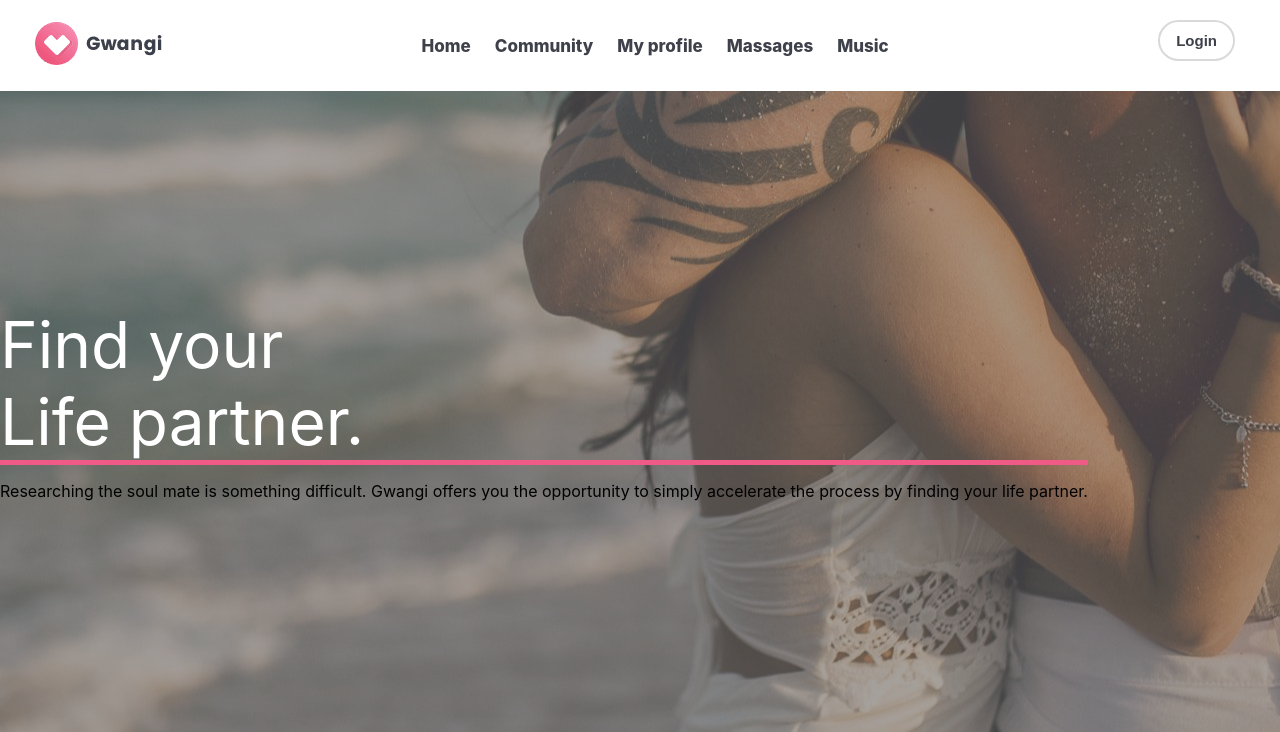
Repository: ShokunLiubov/Soc-Network-React
Page: /login
These files come from the project's save history. The page is drawn as it stood at one moment and after the next save; the edit follows.
The browser window is 1280 px wide. The pictures show the whole page.
The project was rebuilt for these pictures with package versions that can differ from the ones it lists, and the page was loaded fresh each time. Also part of the build but not shown: src/components/common/Paginator/Paginator.module.css, src/components/common/Paginator/Paginator.jsx, src/components/Community/Community.module.css, src/components/Community/Friend/Friend.jsx, src/components/Community/Community.jsx, src/components/common/Preloader/Preloader.jsx, src/components/Community/CommunityContainer.jsx, src/components/Dialogs/Dialogs.module.css and 14 more.

Above is the page before, as saved 2022-08-24 17:37:32.

### src/index.js
import reportWebVitals from './reportWebVitals';
import store from './redux/redux-store';
import React from 'react';
import ReactDOM from 'react-dom/client';
import './index.css';
import App from './App';
import { BrowserRouter } from 'react-router-dom';
import { Provider } from 'react-redux'

const root = ReactDOM.createRoot(document.getElementById('root'));

  root.render(

      <BrowserRouter>
        <Provider store={store}>
          <App />
        </Provider>
      </BrowserRouter>


  );


// If you want to start measuring performance in your app, pass a function
// to log results (for example: reportWebVitals(console.log))
// or send to an analytics endpoint. Learn more: https://bit.ly/CRA-vitals
reportWebVitals();

### src/redux/redux-store.js
import {combineReducers, legacy_createStore as createStore} from "redux"
import dialogsReducer from "./dialogs-reducer"
import profileReducer from "./profile-reducer"
import communityReducer from "./community-reducer"
import authReducer from "./auth-reducer"

let reducers = combineReducers({
    profilePage : profileReducer,
    dialogsPage : dialogsReducer,
    communityPage : communityReducer,
    auth: authReducer
})

let store = createStore(reducers)

export default store;

### src/App.js
import React from 'react';
import { Routes, Route } from "react-router-dom";
import './App.css';
import Registration from './components/Auth/Registration/Registration';
import CommunityContainer from './components/Community/CommunityContainer';
import DialogsContainer from './components/Dialogs/DialogsContainer';
import Home from './components/Home/Home';
import Music from './components/Music/Music';
import Navbar from './components/Navbar/Navbar';
import ProfileContainer from './components/Profile/ProfileContainer';

function App(props) {
  return (

    <div className='app-wrapper'>
      <Navbar />
      <Routes>
        <Route path='/home/*' element={<Home />} />

        <Route path='/community/*' element={<CommunityContainer />} />

        <Route path='/profile/:id' element={<ProfileContainer />} />
        <Route path='/profile/*' element={<ProfileContainer />} />

        <Route path='/dialogs/*' element={<DialogsContainer />} />

        <Route path='/music/*' element={<Music />} />

        <Route path='/login/*' element={<Registration />} />

      </Routes>

    </div>

  );
}

export default App;

### src/redux/dialogs-reducer.js
const SAND_MASSAGE = 'SAND-MASSAGE'
const UPDATE_NEW_MASSAGE_TEXT = 'UPDATE-NEW-MASSAGE-TEXT'

let initialState = {
    dialogsData: [
        { id: 1, name: 'Vika', ava: './../images/ava-w1.jpeg' },
        { id: 2, name: 'Eugen', ava: './../images/ava-m2.png' },
        { id: 3, name: 'Liubov', ava: './../images/ava-w3.jpeg' },
        { id: 4, name: 'Max', ava: './../images/ava-m1.jpeg' },
        { id: 5, name: 'Nika', ava: './../images/ava-w2.webp' }
    ],
    massagesData: [
        { id: 1, massage: 'Hi' },
        { id: 2, massage: 'How are you?' },
        { id: 3, massage: 'I am okey!' }
    ],
    newMassageText: ''
}

const dialogsReducer = (state = initialState, action) => {

    switch (action.type) {
        case SAND_MASSAGE:
            let text = state.newMassageText
            return {
                ...state,
                newMassageText: '',
                massagesData: [...state.massagesData, {id: Date.now(),massage: text}]
            }

        case UPDATE_NEW_MASSAGE_TEXT:
            return {
                ...state,
                newMassageText: action.newText
            }

        default:
            return state
    }

}

export const sandMassage = () => ({ type: SAND_MASSAGE })

export const onMassageChange = (text) =>
    ({ type: UPDATE_NEW_MASSAGE_TEXT, newText: text })

export default dialogsReducer;

### src/redux/profile-reducer.js
const ADD_POST = 'ADD-POST'
const UPDATE_NEW_POST_TEXT = 'UPDATE-NEW-POST-TEXT'
const SET_USER_PROFILE = 'SET-USER-PROFILE'

let initialState = {
    userProfile: {},
    postsData: [
        { id: 1, massage: 'Hi, how are you?', countLikes: '12', time: '29 minutes ago' },
        { id: 2, massage: 'It is my first post', countLikes: '99+', time: 'yesterday' },
        { id: 3, massage: 'My name Liubov, I am wife Eugen', countLikes: '32', time: 'week ago' }
    ],
    newPostText: ''
}

const profileReducer = (state = initialState, action) => {
    switch (action.type) {
        case ADD_POST:
            let newPost = {
                id: Date.now(),
                massage: state.newPostText,
                countLikes: '0',
                time: new Date().toLocaleTimeString()
            }
            return {
                ...state,
                newPostText: '',
                postsData: [newPost, ...state.postsData]
            }

        case UPDATE_NEW_POST_TEXT:
            return {
                ...state,
                newPostText: action.newText
            }
        case SET_USER_PROFILE:
            return {
                ...state,
                userProfile: action.profile

            }
        default:
            return state
    }


}

export const addPost = () => ({ type: ADD_POST })

export const updateNewPostText = (text) =>
    ({ type: UPDATE_NEW_POST_TEXT, newText: text })

export const setUserProfile = (profile) =>
    ({ type: SET_USER_PROFILE, profile})


export default profileReducer;

### src/redux/community-reducer.js
const FOLLOW = 'FOLLOW'
const UN_FOLLOW = 'UN-FOLLOW'
const SET_USERS = 'SET-USERS'
const SET_PAGE = 'SET-PAGE'
const SET_USERS_TOTAL_COUNT = 'SET-USERS-TOTAL-COUNT'
const TOGGLE_IS_FETCHING = 'TOGGLE-IS-FETCHING'

let initialState = {
    userData: [ ],
    pageSize: 10,
    totalUsersCount: 0,
    currentPage: 1,
    currentPageSize: 1,
    isFetching: false
}
const communityReducer = (state = initialState, action) => {
    switch (action.type) {
        case FOLLOW:
            return {
                ...state,
                userData: state.userData.map (user => {
                    if(user.id === action.userID) {
                        return {...user, followed: true}
                    }
                    return user
                })
            }
        case UN_FOLLOW:
            return {
                ...state,
                userData: state.userData.map (user => {
                    if(user.id === action.userID) {
                        return {...user, followed: false}
                    }
                    return user
                })
            }
        case SET_USERS:
            return {
                ...state,
                userData: action.users
            }
        case SET_PAGE:
            return {
                ...state,
                currentPage: action.page
                }
        case SET_USERS_TOTAL_COUNT:
            return {
                ...state,
                totalUsersCount: action.UsersTotalCount
            }
        case TOGGLE_IS_FETCHING:
            return {
                ...state,
                isFetching: action.isFetching
            }
        default:
            return state
    }
}

export const follow = (userID) => ({ type: FOLLOW, userID })

export const unFollow = (userID) => ({ type: UN_FOLLOW, userID })

export const setUsers = (users) => ({ type: SET_USERS, users })

export const setPage = (page) => ({ type: SET_PAGE, page })

export const setUsersTotalCount = (UsersTotalCount) => ({ type: SET_USERS_TOTAL_COUNT, UsersTotalCount })

export const toggleFetching = (isFetching) => ({ type: TOGGLE_IS_FETCHING, isFetching })

export default communityReducer;


// Создать кнопки prev next
// if(currentPage > 1) { prev
// } минус 1  при отрисовки подставляться значения, исключение первая страница
// Отображать в пагинации 5 стр и одну последнюю , учесть если будет меньше 5 стр

### src/redux/auth-reducer.js
const SET_USER_DATA = 'SET-USER-DATA'
// const UN_FOLLOW = 'UN-FOLLOW'

let initialState = {
    userId: undefined,
    email: undefined,
    login: undefined,
    isFetching: false
}
const authReducer = (state = initialState, action) => {
    switch (action.type) {
        case SET_USER_DATA:
            return {
                ...state,
                ...action.data
            }
        // case TOGGLE_IS_FETCHING:
        //     return {
        //         ...state,
        //         isFetching: action.isFetching
        //     }
        default:
            return state
    }
}

export const setUserData = (userId, email, login) => ({ type: SET_USER_DATA, data: {userId, email, login} })

// export const toggleFetching = (isFetching) => ({ type: TOGGLE_IS_FETCHING, isFetching })

export default authReducer;

### src/components/Auth/Registration/Registration.jsx
import React from 'react';
import styles from './Registration.module.css'

const Registration = () => {
    return (
        <div className={styles.background}>
            <div className={styles.registration}>
            <div className={styles.title}>Find your <br/>
            Life partner.</div>
            <p>Researching the soul mate is something difficult. Gwangi offers you the opportunity to simply accelerate the process by finding your life partner.</p>
            </div>

        </div>
    )
}

export default Registration;

### src/components/Dialogs/DialogsContainer.jsx
import React from 'react';
import { sandMassage, onMassageChange } from '../../redux/dialogs-reducer';
import Dialogs from './Dialogs';
import { connect } from 'react-redux'


let mapStateToProps = (state) => {
    return {
        dialogsData: state.dialogsPage.dialogsData,
        massagesData: state.dialogsPage.massagesData,
        newMassageText: state.dialogsPage.newMassageText
    }
}

const DialogsContainer = connect(mapStateToProps, { sandMassage, onMassageChange })(Dialogs)

export default DialogsContainer;

### src/components/Navbar/Navbar.jsx
import React from 'react';
import { NavLink } from 'react-router-dom';
import styles from './Navbar.module.css'

const Navbar = () => {
    return (
        <div className={styles.navbar}>
            {/* LOGO */}
            <div className={styles.logo}><img src='./../images/logotype.png' /></div>
             {/* LOGO */}

            {/* MENU */}
            <nav className={styles.menu}>
                <div className={styles.item}>
                    <NavLink to='/home' className={navData => navData.isActive ? styles.active : styles.item}>Home</NavLink>
                </div>
                <div className={styles.item}>
                    <NavLink to='/community' className={navData => navData.isActive ? styles.active : styles.item}>Community</NavLink>
                </div>
                <div className={styles.item}>
                    <NavLink to='/profile' className={navData => navData.isActive ? styles.active : styles.item}>My profile</NavLink>
                </div>
                <div to='/dialogs' className={styles.item}>
                    <NavLink to='/dialogs' className={navData => navData.isActive ? styles.active : styles.item}>Massages</NavLink>
                </div>
                <div className={styles.item}>
                    <NavLink to='/music' className={navData => navData.isActive ? styles.active : styles.item}>Music</NavLink>
                </div>
            </nav>
            {/* MENU */}

            {/* LOGIN */}
            <NavLink to='/login' className={styles.login}>
                <button className='button'>Login</button>
            </NavLink>
            {/* LOGIN */}

        </div>
    )
}

export default Navbar;

### src/components/Auth/Registration/Registration.module.css
.background {
    background-image: url(./../../../../public/images/registration-bgr.jpeg);
    background-repeat: no-repeat;
    background-position: center;
    width: 100%;
    height: 89vh;
    position: relative;
    display: flex;
    align-items: center;
}

.background::before {
    content: " ";
    width: 100%;
    height: 89vh;
    background-color: #696a6e99;
    position: absolute;
    z-index: 1;
}

.registration {
    margin-right: 50px;
    position: relative;
    z-index: 20;
}

.title {
    color: #ffffff;
    font-size: 64px;
    border-bottom: 5px solid #ef5b86;
}

### src/components/Navbar/Navbar.module.css
.navbar {
    display: flex;
    justify-content: space-between;
    align-items: center;
    padding: 20px 35px;
    background-color: #ffffff;
}

.logo {
    cursor: pointer;
}

.menu {
    display: flex;
}

.item a {
    margin: 0 12px;
    font-size: 17px;
    color: #3e404a;
    font-weight: 800;
    cursor: pointer;
    text-decoration: none;
}

.item a.active {
    color: #ef5b86;
}

.login {
    text-decoration: none;
}

### src/components/Profile/Profile_body/MyPosts/Post/Post.module.css
.post {
    background-color: #ffffff;
    border: 1px solid #e8e8e9;
    border-radius: 10px;
    margin: 50px 0;
    position: relative;
    width: 70%;
    min-height: 100px;
}

.personInfo img {
    position: absolute;
    top: -20px;
    left: -20px;
    width: 80px;
    height: 80px;
    object-fit: cover;
    border-radius: 10px;
}

.personInfo {
    display: flex;
}

.postInfo {
    margin: 10px 80px;
}

.nickname {
    color: #3e404a;
    font-size: 18px;
    font-weight: 700;
}

.time {
    color: #9da6b0;
    font-size: 12px;
    font-weight: 600;
    margin-top: 5px;
}

.massage {
    color: #9ca6af;
    font-size: 15px;
    font-weight: 700;
    margin: 10px 80px;
}

.like {
    width: 100%;
    display: flex;
    justify-content: end;
}

button{
    background: none;
    border: none;
    display: flex;
    align-items: center;
    margin: 0 10px 10px;
}

.countLike {
    margin-left: 5px;
    color: #9da6b0;
    font-size: 12px;
    font-weight: 500;
}

Loaded but not shown: public/index.html (common file); src/reportWebVitals.js (common file); src/index.css (common file); src/App.css (common file); src/components/Home/Home.module.css (no stored copy; drawn as an empty file); src/components/Music/Music.module.css (no stored copy; drawn as an empty file); src/components/Profile/Profile.module.css (no stored copy; drawn as an empty file)

After the next save:
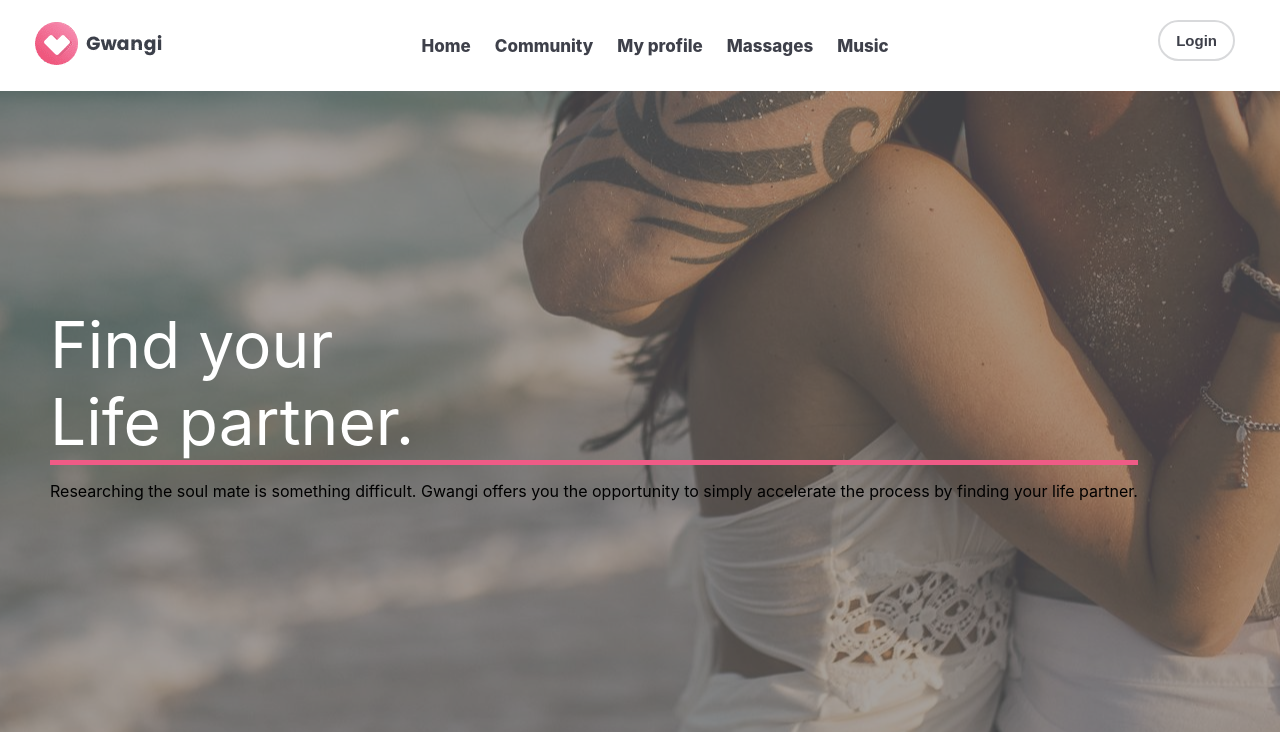
Saved 21 s later.
--- a/src/components/Auth/Registration/Registration.module.css
+++ b/src/components/Auth/Registration/Registration.module.css
@@ -19,7 +19,7 @@
 }
 
 .registration {
-    margin-right: 50px;
+    margin-left: 50px;
     position: relative;
     z-index: 20;
 }
